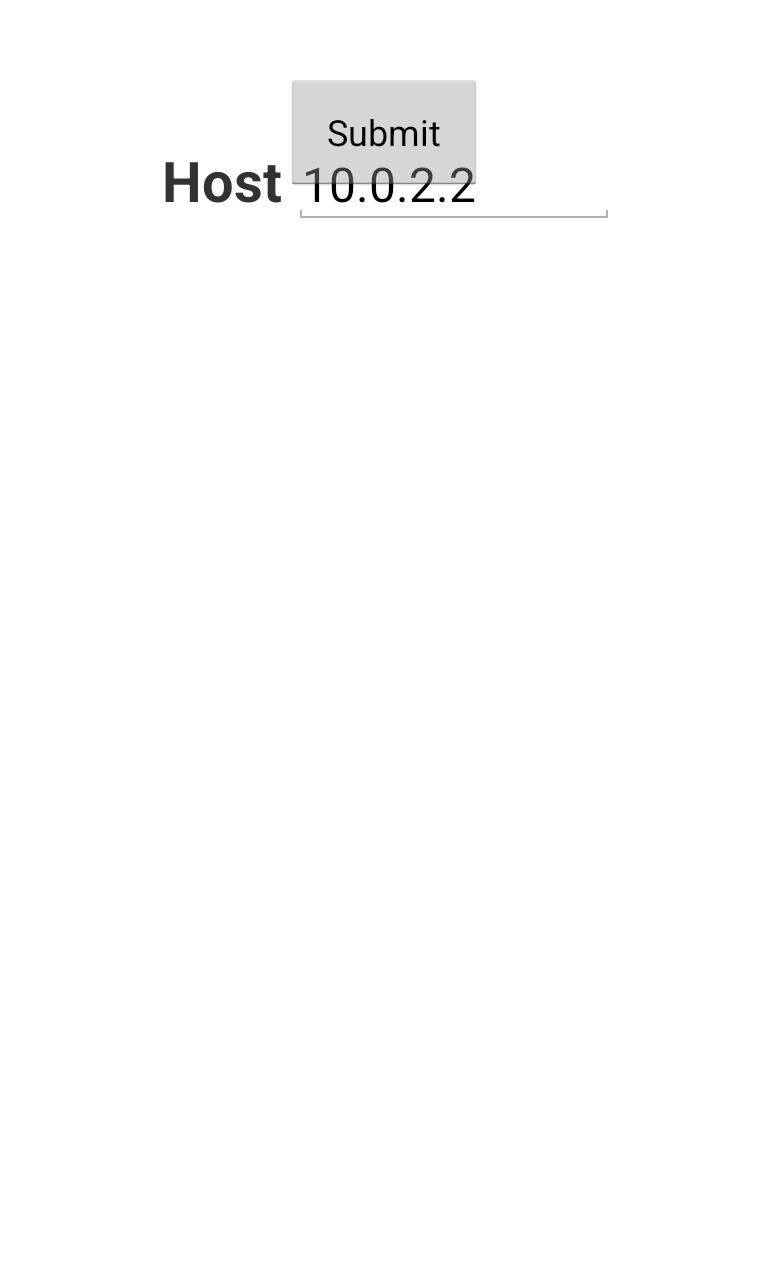
Repository: rwillmot/CS180-SafeWalk-Phase2
Layout: SafeWalkAndroidClient/res/layout/client_fragment_layout.xml
The author's editor kept a copy of each file at every save. The layout is drawn from the files as they stood at one save, then again after the next save.
It is drawn on a 768 x 1280 px phone screen (xhdpi) without system bars, with theme AppTheme; the app's code is not run.

Above is the layout before, as saved 2014-12-02 20:49:47.

### SafeWalkAndroidClient/res/layout/client_fragment_layout.xml
<RelativeLayout xmlns:android="http://schemas.android.com/apk/res/android"
    xmlns:tools="http://schemas.android.com/tools"
    android:layout_width="match_parent"
    android:layout_height="match_parent"
    android:paddingBottom="@dimen/activity_vertical_margin"
    android:paddingLeft="@dimen/activity_horizontal_margin"
    android:paddingRight="@dimen/activity_horizontal_margin"
    android:paddingTop="@dimen/activity_vertical_margin"
    tools:context="edu.purdue.rwillmo.MainActivity" >

    <!-- TODO your layout here -->
<TextView
        android:id="@+id/tv_host"
        android:layout_width="wrap_content"
        android:layout_height="wrap_content"
        android:padding="@dimen/padding"
        android:layout_marginLeft="@dimen/margin_left"
        android:layout_marginTop="@dimen/margin_top"
        android:text="@string/host"
        android:textSize="@dimen/title_size"
        android:textStyle="bold" />
<EditText
        android:id="@+id/et_host"
        android:layout_width="fill_parent"
        android:layout_height="wrap_content"
        android:layout_alignBaseline="@id/tv_host"
        android:layout_marginRight="@dimen/margin_right"
        android:layout_toRightOf="@id/tv_host"
        android:padding="@dimen/padding"
        android:text="@string/default_host"
        android:textSize="@dimen/text_size_medium"
        android:inputType="textNoSuggestions" />

    <Button
        android:id="@+id/bu_submit"
        android:layout_width="wrap_content"
        android:layout_height="wrap_content"
        android:layout_centerHorizontal="true"
        android:layout_marginTop="@dimen/margin_bigline"
        android:enabled="true"
        android:gravity="center"
        android:minHeight="60dp"
        android:minWidth="100dp"
        android:onClick="onSubmit"
        android:padding="@dimen/padding"
        android:text="@string/submit" />

</RelativeLayout>

### SafeWalkAndroidClient/res/values/styles.xml
<resources xmlns:android="http://schemas.android.com/apk/res/android">

    <!--
        Base application theme, dependent on API level. This theme is replaced
        by AppBaseTheme from res/values-vXX/styles.xml on newer devices.
    -->
    <style name="AppBaseTheme" parent="android:Theme.Light">
        <!--
            Theme customizations available in newer API levels can go in
            res/values-vXX/styles.xml, while customizations related to
            backward-compatibility can go here.
        -->
    </style>

    <!-- Application theme. -->
    <style name="AppTheme" parent="AppBaseTheme">

        <!-- All customizations that are NOT specific to a particular API-level can go here. -->
    </style>

    <style name="TitleBarText">
        <item name="android:layout_width">0dp</item>
        <item name="android:layout_height">fill_parent</item>
        <item name="android:layout_weight">1</item>
        <item name="android:gravity">center_vertical</item>
        <item name="android:textSize"> 17sp </item>
        <item name="android:paddingLeft">12dip</item>
        <item name="android:paddingRight">12dip</item>
        <item name="android:textColor">@color/white</item>
        <item name="android:singleLine">true</item>
        <item name="android:ellipsize">end</item>
    </style>

    <style name="ActionBarButton">
        <item name="android:layout_width">wrap_content</item>
        <item name="android:layout_height">wrap_content</item>
        <item name="android:background">@color/menu_button</item>
        <item name="android:textColor">@color/white</item>
        <item name="android:ellipsize">end</item>
        <item name="android:singleLine">true</item>
        <item name="android:textSize">@dimen/text_size_small</item>
    </style>

    <style name="MyActionBar" parent="@android:style/Widget.Holo.Light.ActionBar">
        <item name="android:background">@color/action_bar</item>
    </style>

</resources>

### SafeWalkAndroidClient/res/values/dimens.xml
<resources>

    <!-- Default screen margins, per the Android Design guidelines. -->
    <dimen name="activity_horizontal_margin">16dp</dimen>
    <dimen name="activity_vertical_margin">16dp</dimen>
    <dimen name="padding">5dp</dimen>
    <dimen name="title_size">28sp</dimen>
    <dimen name="text_size_medium">24sp</dimen>
    <dimen name="text_size_small">20sp</dimen>
    <dimen name="margin_bigline">20dp</dimen>
    <dimen name="min_button_width">100dp</dimen>
    <dimen name="margin_top">50dp</dimen>
    <dimen name="margin_left">60dp</dimen>
    <dimen name="margin_right">60dp</dimen>

    <dimen name="margin_line">30dp</dimen>

</resources>

### SafeWalkAndroidClient/res/values/strings.xml
<?xml version="1.0" encoding="utf-8"?>
<resources>
    <string name="app_name">SafeWalk</string>
    <string name="server">Server</string>
    <string name="client">Client</string>
    <string name="submit">Submit</string>
    <string name="match">Match</string>
    <string name="start_over">Start Over</string>
    <string name="default_host">10.0.2.2</string>
    <string name="default_port">8888</string>
    <string name="default_command">:FAKE_COMMAND</string>
    <string name="host">Host</string>
    <string name="port">Port</string>
</resources>

### SafeWalkAndroidClient/res/values/colors.xml
<resources>

    <!-- Default screen margins, per the Android Design guidelines. -->
    <color name="white">#FFFFFFFF</color>
    <color name="light_grey">#FFD8D9DF</color>
    <color name="dark_grey">#FF595C6E</color>
    <color name="salmon">#FFFFA239</color>
    <color name="submit">#FFAD5700</color>
    <color name="action_bar">#991B1969</color>
    <color name="menu_button">#FF545385</color>
</resources>

Loaded but not shown: SafeWalkAndroidClient/res/values-v11/styles.xml (common file); SafeWalkAndroidClient/res/values-v14/styles.xml (common file); SafeWalkAndroidClient/res/values-w820dp/dimens.xml (common file)

After the next save:
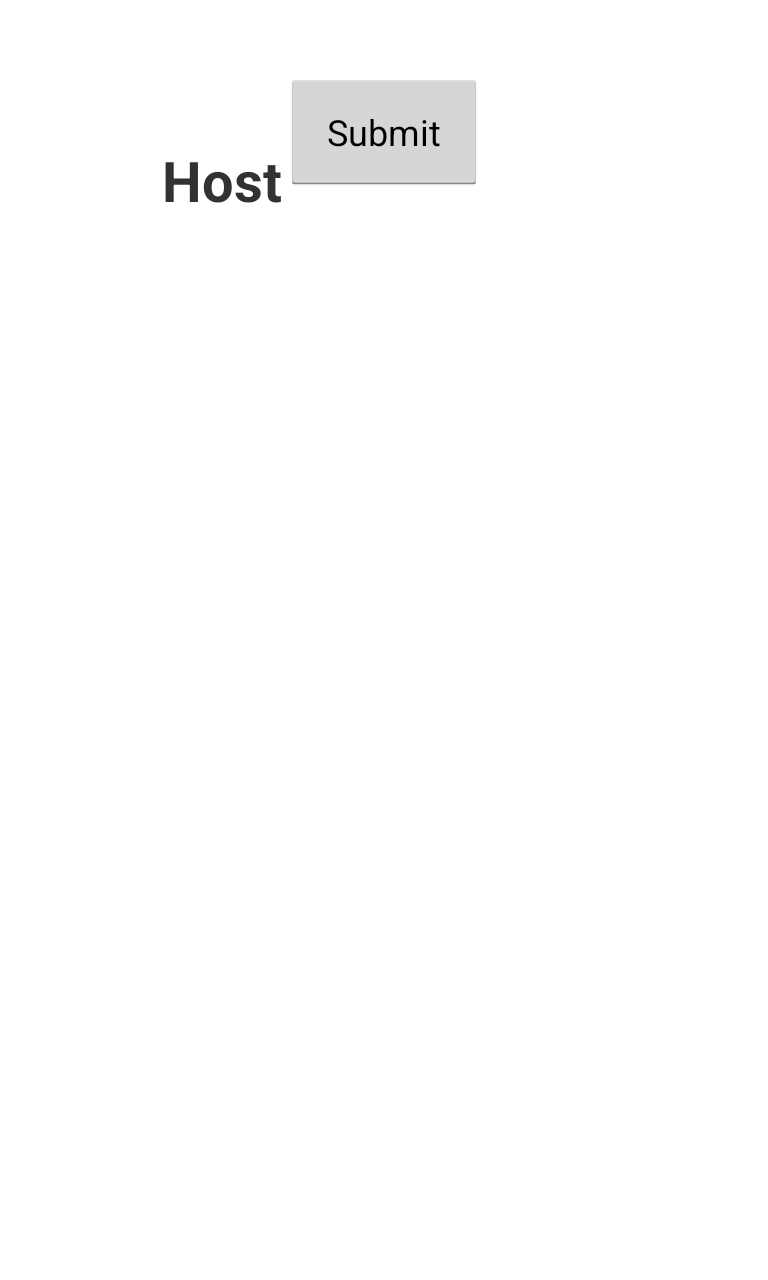
Saved 113 s later.
--- a/SafeWalkAndroidClient/res/layout/client_fragment_layout.xml
+++ b/SafeWalkAndroidClient/res/layout/client_fragment_layout.xml
@@ -19,17 +19,7 @@
         android:text="@string/host"
         android:textSize="@dimen/title_size"
         android:textStyle="bold" />
-<EditText
-        android:id="@+id/et_host"
-        android:layout_width="fill_parent"
-        android:layout_height="wrap_content"
-        android:layout_alignBaseline="@id/tv_host"
-        android:layout_marginRight="@dimen/margin_right"
-        android:layout_toRightOf="@id/tv_host"
-        android:padding="@dimen/padding"
-        android:text="@string/default_host"
-        android:textSize="@dimen/text_size_medium"
-        android:inputType="textNoSuggestions" />
+
 
     <Button
         android:id="@+id/bu_submit"
